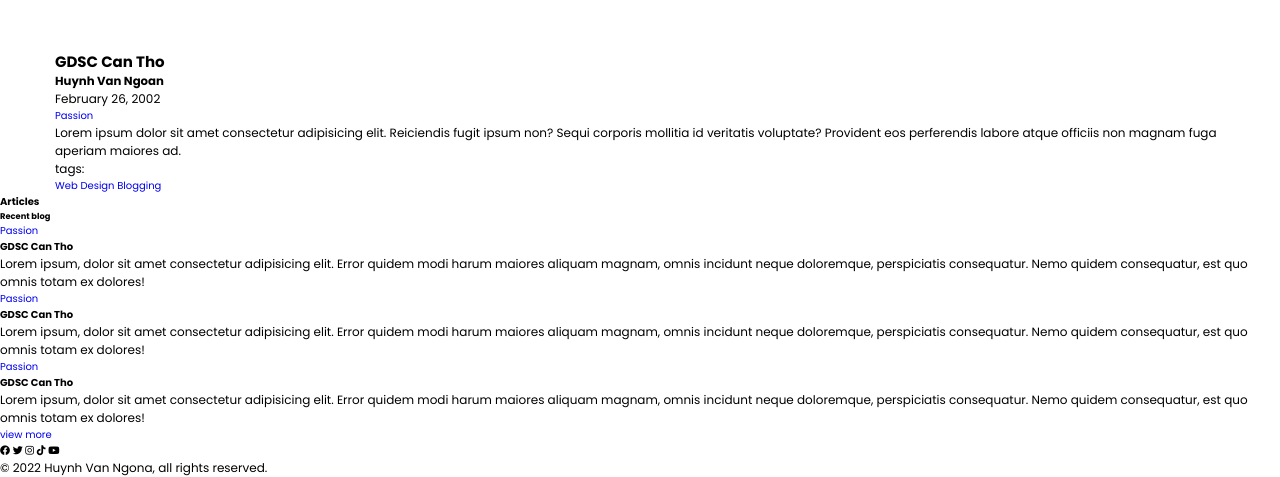
Repository: huynhvanngoan/TaskTeam5
Page: BlogPost/HTML/index.html
An editor plug-in stored every save of this project. The page is shown before and after the next save, followed by the edit.
The browser window is 1280 px wide. The pictures show the part of the page from y = 600 to 1077 px (the page is 1077 px tall before and 1067 px after).

Above is the page before, as saved 2022-10-17 00:27:19.

### BlogPost/HTML/index.html
<!DOCTYPE html>
<html lang="en">

<head>
    <meta charset="UTF-8">
    <meta http-equiv="X-UA-Compatible" content="IE=edge">
    <meta name="viewport" content="width=device-width, initial-scale=1.0">
    <title>Blog Post</title>
    <link rel="stylesheet" href="../CSS/style.css">

    <link rel="stylesheet" href="https://cdnjs.cloudflare.com/ajax/libs/font-awesome/6.2.0/css/all.min.css"
        referrerpolicy="no-referrer" />
</head>

<body>
    <header>
        <div class="navbar container">
            <div class="logo">
                <h1>GDSC Can Tho</h1>
            </div>
            <ul class="nav-list">
                <li><a href="#">Home</a></li>
                <li><a href="#">Work</a></li>
                <li><a href="#">Blog</a></li>
                <li><a href="#">Service</a></li>
                <li><a href="#">About Us</a></li>
                <li><a href="#">Contact Us</a></li>
            </ul>
        </div>
    </header>
    <div class="container">
        <div class="hero"> </div>
        <main>
            <h2>GDSC Can Tho </h2>
            <div class="profile-container">
                <div class="profile">
                    <div class="img-container">

                    </div>
                    <div class="text">
                        <h3>Huynh Van Ngoan</h3>
                        <p>February 26, 2002</p>
                    </div>
                    <div class="button">
                        <a href="#" class="btn">Passion</a>
                    </div>
                </div>
                <div class="content">
                    <p>Lorem ipsum dolor sit amet consectetur adipisicing elit. Reiciendis fugit ipsum non? Sequi corporis mollitia id veritatis voluptate? Provident eos perferendis labore atque officiis non magnam fuga aperiam maiores ad.</p>
                </div>
            </div>
            <div class="tags">
                <p>tags: </p>
                <a href="#">Web Design</a>
                <a href="#">Blogging</a>
            </div>
        </main>
    </div>
    <div class="articles">
        <div class="articles-heading">
            <h4>Articles</h4>
            <h5>Recent blog</h5>
        </div>
        <div class="cards-container">
            <div class="card-container one">
                <div class="img-holder">
                    <a href="#">Passion</a>
                </div>
                <div class="card-text">
                    <h4>GDSC Can Tho</h4>
                    <p>Lorem ipsum, dolor sit amet consectetur adipisicing elit. Error quidem modi harum maiores aliquam magnam, omnis incidunt neque doloremque, perspiciatis consequatur. Nemo quidem consequatur, est quo omnis totam ex dolores!</p>
                </div>
            </div>
            <div class="card-container one">
                <div class="img-holder">
                    <a href="#">Passion</a>
                </div>
                <div class="card-text">
                    <h4>GDSC Can Tho</h4>
                    <p>Lorem ipsum, dolor sit amet consectetur adipisicing elit. Error quidem modi harum maiores aliquam magnam,
                        omnis incidunt neque doloremque, perspiciatis consequatur. Nemo quidem consequatur, est quo omnis totam ex
                        dolores!</p>
                </div>
            </div>
            <div class="card-container one">
                <div class="img-holder">
                    <a href="#">Passion</a>
                </div>
                <div class="card-text">
                    <h4>GDSC Can Tho</h4>
                    <p>Lorem ipsum, dolor sit amet consectetur adipisicing elit. Error quidem modi harum maiores aliquam magnam,
                        omnis incidunt neque doloremque, perspiciatis consequatur. Nemo quidem consequatur, est quo omnis totam ex
                        dolores!</p>
                </div>
            </div>
        </div>
        <div class="button">
            <a href="#" class="btn">view more</a>
        </div>
    </div>
    <footer>
        <div class="icons">
            <div class="social">
                <i class="fab fa-facebook"></i>
                <i class="fab fa-twitter"></i>
                <i class="fab fa-instagram"></i>
                <i class="fab fa-tiktok"></i>
                <i class="fab fa-youtube"></i>
            </div>
            <div class="copyright">
                <p>&copy; 2022 Huynh Van Ngona, all rights reserved.</p>
            </div>
        </div>
    </footer>
</body>

</html>

### BlogPost/CSS/style.css
/* Google font cdn link */
@import url('https://fonts.googleapis.com/css2?family=Poppins:ital,wght@0,100;0,200;0,300;0,400;0,500;0,600;0,700;0,800;0,900;1,100;1,200;1,300;1,400;1,500;1,600;1,700;1,800;1,900&display=swap');

* {
    margin: 0;
    padding: 0;
    box-sizing: border-box;
    font-family: 'Poppins', sans-serif;
}

html{
    font-size: 10px;
}
li{
    list-style: none;
}
a{
    text-decoration: none;
}
h1{
    font-size: 1.9rem;
}
p{
    font-size: 1.2rem;
}
header{
    width: 100%;
    height: 5em;
    background-color: aliceblue;;
    position: fixed;
    top: 0;
    z-index: 333;
}
.container{
    width: 96%;
    max-width: 117rem;
    margin: 0 auto;
}
.navbar {
    width: 100%;
    height: 100%;
    display: flex;
    justify-content: space-between;
    align-items: center;
    padding: 0 1.5rem;
}
.navbar h1{
    text-transform: uppercase;
    color:#5b5963;
    font-weight: 600;
    letter-spacing: 2px;
    cursor: pointer;
}
.navber ul{
    display: flex;
    justify-content: center;
    align-items: center;
}
.navbar ul a{
    font-size: 1.2rem;
    padding: 1.5rem;
    text-transform: uppercase;
    color: #5b5963;
    font-weight:400;
    letter-spacing:2px;
    transition: all 0.4s ease;
}
.navbar ul a:hover{
    color:white;
    background-color: rgb(124, 180, 102);
}
.hero{
    max-width: 100vh;
    height: 55rem;
    background: url(../Images/Background.JPG) no-repeat center center / cover;
    margin: 5rem auto;
}

After the next save:
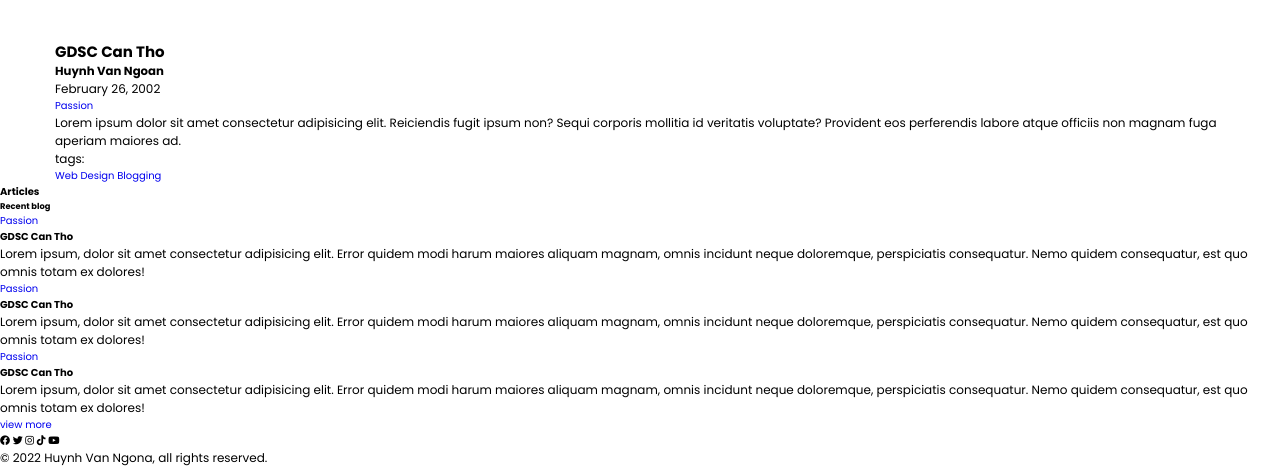
Saved 4 s later.
--- a/BlogPost/CSS/style.css
+++ b/BlogPost/CSS/style.css
@@ -71,7 +71,7 @@ header{
 }
 .hero{
     max-width: 100vh;
-    height: 55rem;
+    height: 54rem;
     background: url(../Images/Background.JPG) no-repeat center center / cover;
     margin: 5rem auto;
 }
